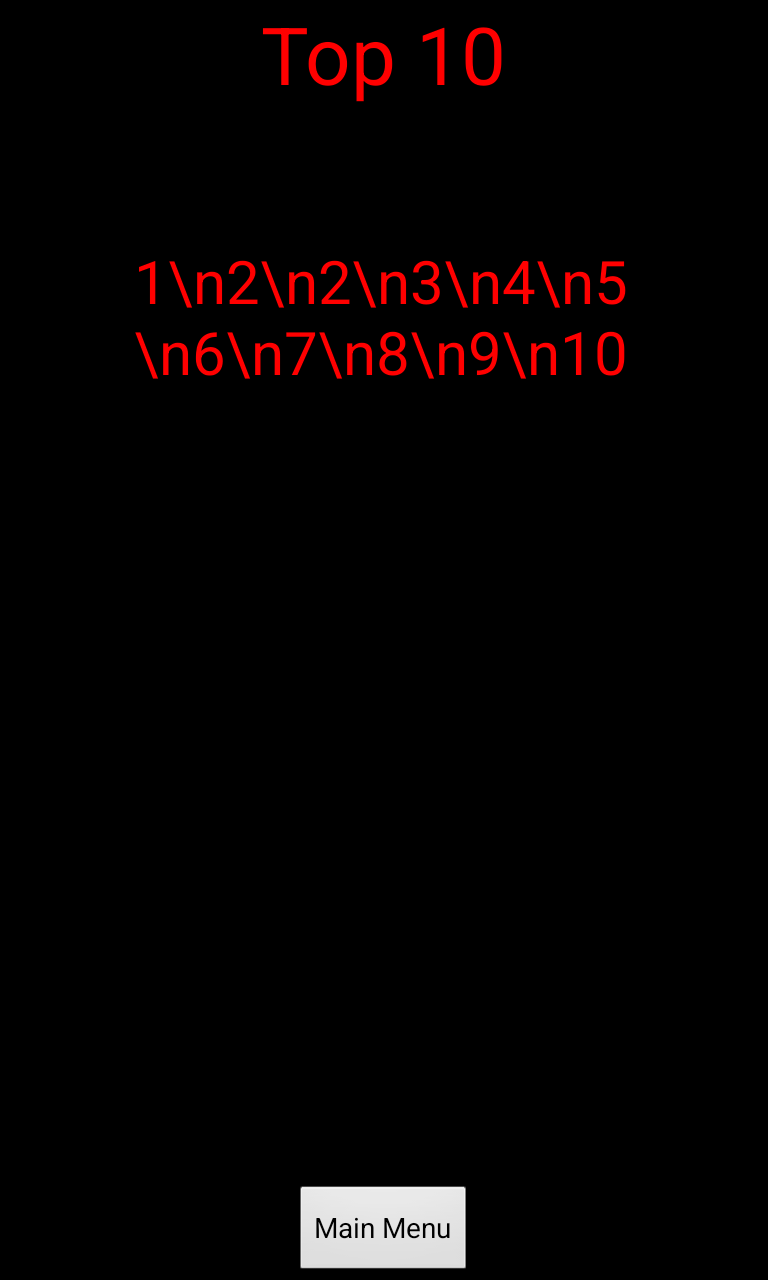
Repository: tofuninja/Rotate
Layout: Rotate/res/layout/high_score_screen.xml
The author's editor kept a copy of each file at every save. The layout is drawn from the files as they stood at one save, then again after the next save.
It is drawn on a 768 x 1280 px phone screen (xhdpi) without system bars, with theme android:Theme.NoTitleBar.Fullscreen; the app's code is not run.

Above is the layout before, as saved 2014-05-07 09:48:54.

### Rotate/res/layout/high_score_screen.xml
<?xml version="1.0" encoding="utf-8"?>
<FrameLayout xmlns:android="http://schemas.android.com/apk/res/android"
    android:layout_width="match_parent"
    android:layout_height="match_parent"
    android:scrollbars="horizontal" >

    <RelativeLayout
        android:id="@+id/high_score_layout"
        android:layout_width="match_parent"
        android:layout_height="match_parent" >

        <TextView
            android:id="@+id/textView1"
            android:layout_width="wrap_content"
            android:layout_height="wrap_content"
            android:layout_alignParentTop="true"
            android:layout_centerHorizontal="true"
            android:text="Top 10"
            android:textAppearance="?android:attr/textAppearanceLarge"
            android:textColor="#ff0000"
            android:textSize="40sp" />

        <TextView
            android:id="@+id/text_top_10"
            android:layout_width="250dp"
            android:layout_height="400dp"
            android:layout_centerHorizontal="true"
            android:layout_centerVertical="true"
            android:scrollbars="horizontal"
            android:text="1\n2\n2\n3\n4\n5\n6\n7\n8\n9\n10"
            android:textAppearance="?android:attr/textAppearanceMedium"
            android:textColor="#ff0000"
            android:textSize="30sp" />

        <Button
            android:id="@+id/button_main_menu_from_score"
            android:layout_width="wrap_content"
            android:layout_height="wrap_content"
            android:layout_alignParentBottom="true"
            android:layout_centerHorizontal="true"
            android:text="Main Menu" />

    </RelativeLayout>

</FrameLayout>

After the next save:
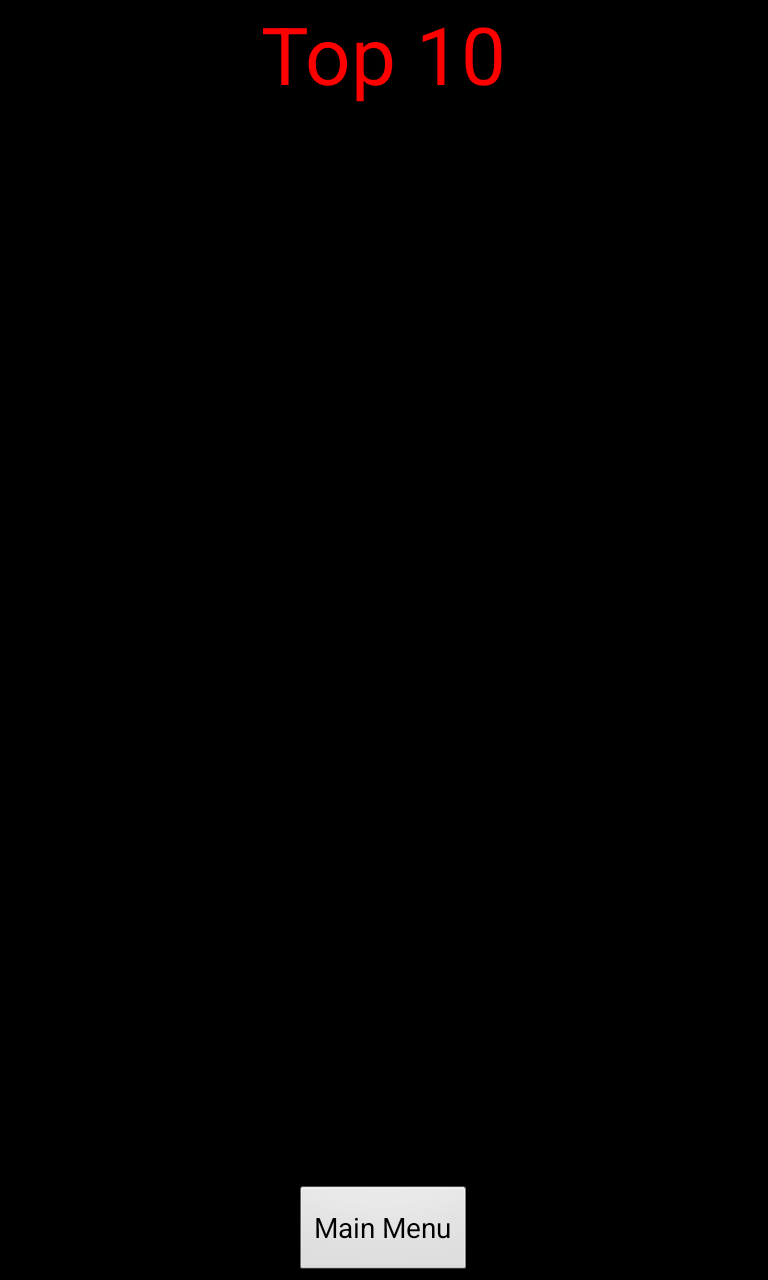
Saved 4 min 51 s later.
--- a/Rotate/res/layout/high_score_screen.xml
+++ b/Rotate/res/layout/high_score_screen.xml
@@ -20,18 +20,6 @@
             android:textColor="#ff0000"
             android:textSize="40sp" />
 
-        <TextView
-            android:id="@+id/text_top_10"
-            android:layout_width="250dp"
-            android:layout_height="400dp"
-            android:layout_centerHorizontal="true"
-            android:layout_centerVertical="true"
-            android:scrollbars="horizontal"
-            android:text="1\n2\n2\n3\n4\n5\n6\n7\n8\n9\n10"
-            android:textAppearance="?android:attr/textAppearanceMedium"
-            android:textColor="#ff0000"
-            android:textSize="30sp" />
-
         <Button
             android:id="@+id/button_main_menu_from_score"
             android:layout_width="wrap_content"
@@ -40,6 +28,16 @@
             android:layout_centerHorizontal="true"
             android:text="Main Menu" />
 
+        <LinearLayout
+            android:id="@+id/score_linLayout"
+            android:layout_width="wrap_content"
+            android:layout_height="wrap_content"
+            android:layout_centerHorizontal="true"
+            android:layout_centerVertical="true"
+            android:orientation="vertical" >
+
+        </LinearLayout>
+
     </RelativeLayout>
 
 </FrameLayout>

After the 3 saves that followed:
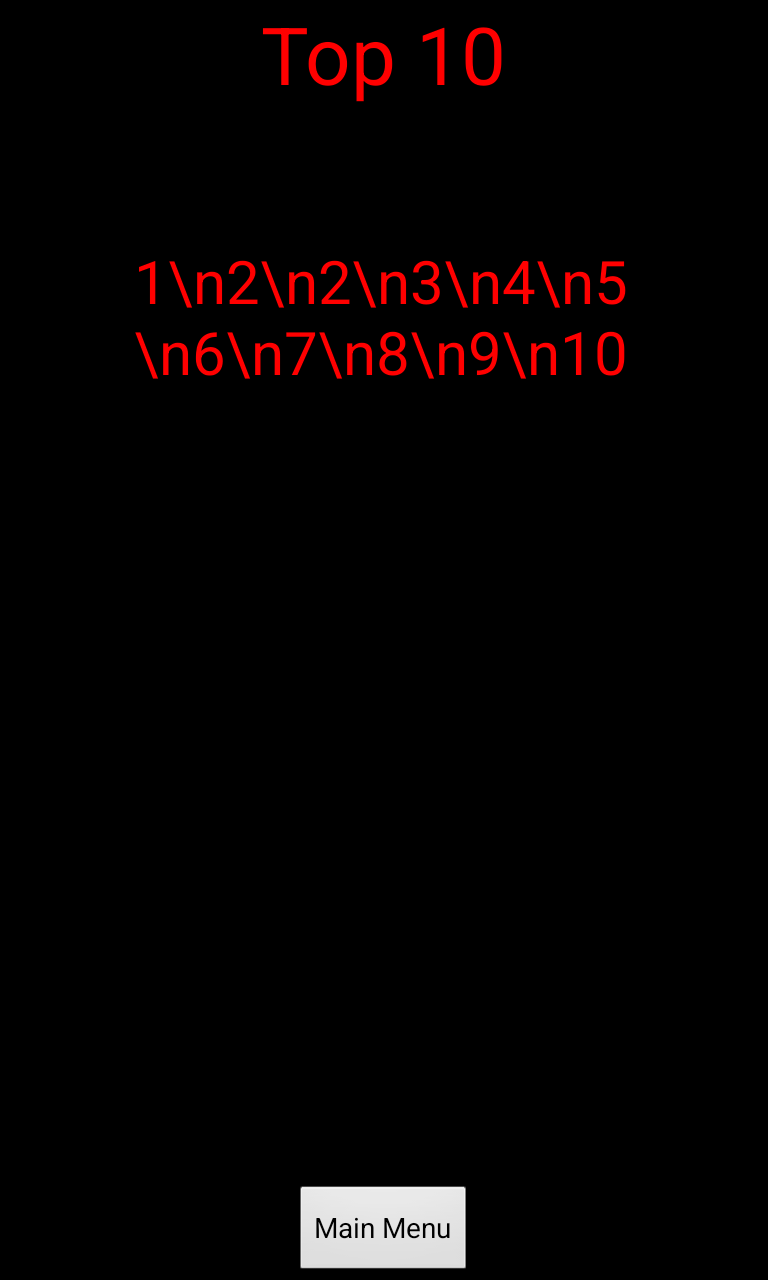
The 3 saves are shown as one change because 2 left the picture as it was.
The last was saved 9 min 45 s later.
--- a/Rotate/res/layout/high_score_screen.xml
+++ b/Rotate/res/layout/high_score_screen.xml
@@ -20,6 +20,18 @@
             android:textColor="#ff0000"
             android:textSize="40sp" />
 
+        <TextView
+            android:id="@+id/text_top_10"
+            android:layout_width="250dp"
+            android:layout_height="400dp"
+            android:layout_centerHorizontal="true"
+            android:layout_centerVertical="true"
+            android:scrollbars="horizontal"
+            android:text="1\n2\n2\n3\n4\n5\n6\n7\n8\n9\n10"
+            android:textAppearance="?android:attr/textAppearanceMedium"
+            android:textColor="#ff0000"
+            android:textSize="30sp" />
+
         <Button
             android:id="@+id/button_main_menu_from_score"
             android:layout_width="wrap_content"
@@ -28,16 +40,6 @@
             android:layout_centerHorizontal="true"
             android:text="Main Menu" />
 
-        <LinearLayout
-            android:id="@+id/score_linLayout"
-            android:layout_width="wrap_content"
-            android:layout_height="wrap_content"
-            android:layout_centerHorizontal="true"
-            android:layout_centerVertical="true"
-            android:orientation="vertical" >
-
-        </LinearLayout>
-
     </RelativeLayout>
 
 </FrameLayout>
